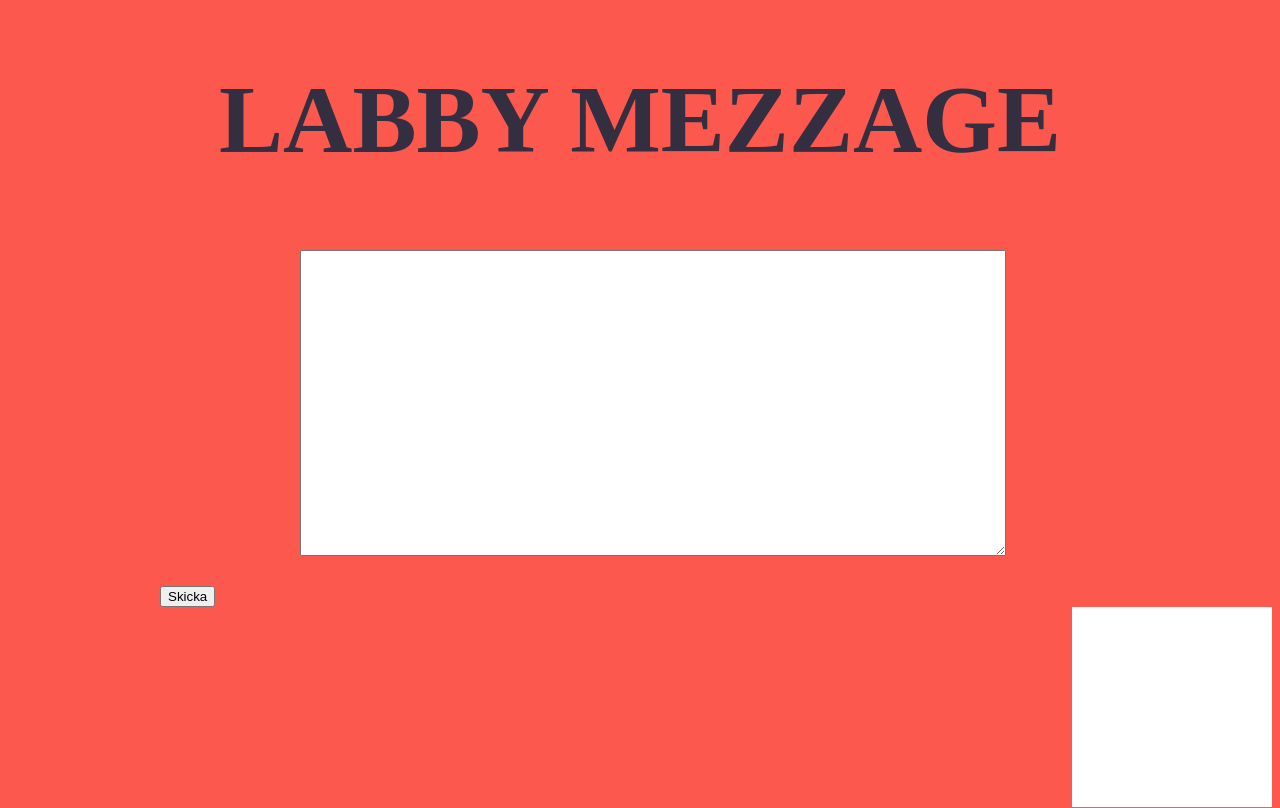
Repository: em222mt/1dv403-laborationer
Page: 2-labbymezzage/Index.html
The author's editor kept a record of every edit. The page is drawn from the files as they stood at one moment, then again after the next edit.
The browser window is 1280 px wide. The pictures show the whole page.

Above is the page before.

### 2-labbymezzage/Index.html
<!DOCTYPE html>
<html lang="sv">
<head>
	<meta charset="UTF-8" />
 	<title>Labby Mezzage</title>
    <link rel="stylesheet" href="css/style.css">
</head>
    <body>
        <header>
            <h1>LABBY MEZZAGE</h1>
        </header>

        <main>
            <div id="container">
                <section id="mainsection">
            		<form id="form">
                        <textarea id="formtext" cols="20" rows="20"></textarea>
                        <p id="value"></p>
                        <input id="send" type="submit" value="Skicka" />
                    </form>
                </section>
            </div>
            <aside id="messagearea">

            </aside>
        </main>

    	<script src="js/Message.js"></script>
    	<script src="js/MessageBoard.js"></script>
    	<script src="js/script.js"></script>

    </body>
</html>

### 2-labbymezzage/css/style.css
/*Layout*/

article, aside, details, figcaption, figure,
footer, header, hgroup, main, menu, nav{
    display: block;
    background-color: #FC584E;
}

a:link 	    { color: black; }
a:visited 	{ color: gray; }
a:focus 	{ color: #838283; }
a:hover	    { color: #6495ED; background-color: white;}
a:active 	{ color: #FFFFFF; }

/*Container*/

#container {
    max-width: 960px;
    overflow: auto;
    margin: 0 auto;
}
h1 {
    font-weight: bold;
    text-align: center;
    color: #332F40;
    font-size: 6em;
    font-family: Comic Sans, Comic Sans MS, cursive;
    text-decoration: uppercase;
}
#formtext {
    margin: 10px 50px 10px 140px;
    width: 700px;
}
body{
    background-color: #FC584E;
}

#mainsection{
    max-width: 960px;
    overflow: auto;
    margin: 0 auto;
}

#messagearea {
    float: right;
    background-color: white;
    width: 200px;
    height: 200px;

}

### 2-labbymezzage/js/Message.js
'use strict';

function Message(message, date){

    this.getText = function(){
        return message;
    };

    this.setText = function(_text){
        message = _text;
    };

    this.getDate = function(){
        return date;
    };

    this.setDate = function(_date){
        date = _date;
    };

}

Message.prototype.toString = function() {
                return this.getText()+" ("+this.getDate()+")";
};

Message.prototype.getHTMLText = function(){
    return this.getText().replace(/[\n\r]/g, "</br>");
};

Message.prototype.getDateText = function(){
    var now = new Date();
    var hours = now.getHours();
    var minutes = now.getMinutes();
    var seconds = now.getSeconds();

    //IF-sats för att lägga till nollor som i C#?

    var formattedTime = hours +":"+ minutes +":"+seconds;
        return formattedTime;
};

### 2-labbymezzage/js/MessageBoard.js
'use strict';

var MessageBoard = {

    messages: [],

    init: function(e){
        // var mess = new Message();
        var text = document.getElementById("formtext");

        var submit = document.getElementById("send");
    },

    // renderMessages: function(){
    //     //Ta bort alla meddelanden
    //     document.getElementById("formtext".innerHTML = "");

    //     //Rendera alla meddelanden
    //     for (var i = 0; i < MessageBoard.messages.length; ++i){
    //         MessageBoard.renderMessage(i);
    //     }
    // },

    // renderMessage: function(text){
    //     //Kod här för att ta bort ett meddelande.
    // }

};

window.onload = MessageBoard.init;

Loaded but not shown: 2-labbymezzage/js/script.js (common file)

After the next edit:
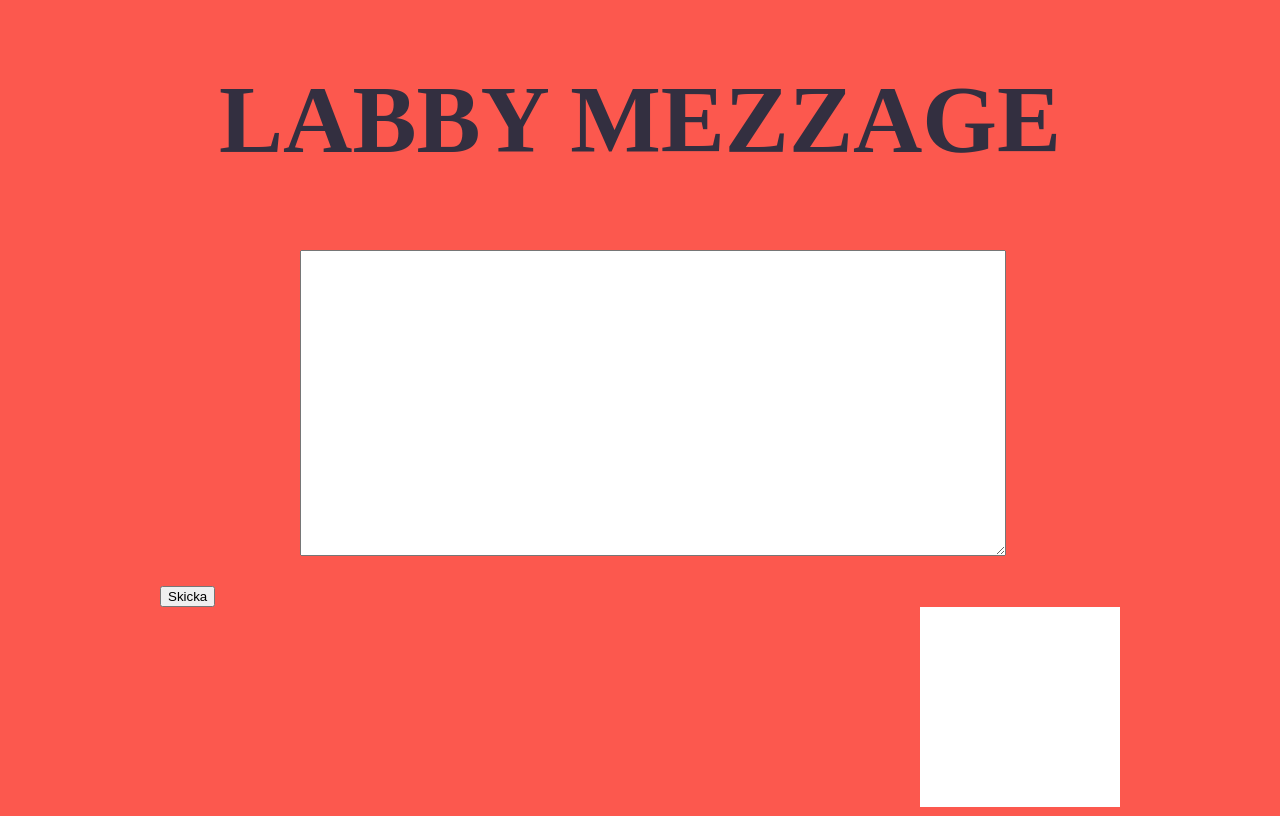
The edit:
--- a/2-labbymezzage/Index.html
+++ b/2-labbymezzage/Index.html
@@ -19,10 +19,11 @@
                         <input id="send" type="submit" value="Skicka" />
                     </form>
                 </section>
-            </div>
-            <aside id="messagearea">
+                <aside id="messagearea">
 
             </aside>
+            </div>
+
         </main>
 
     	<script src="js/Message.js"></script>
